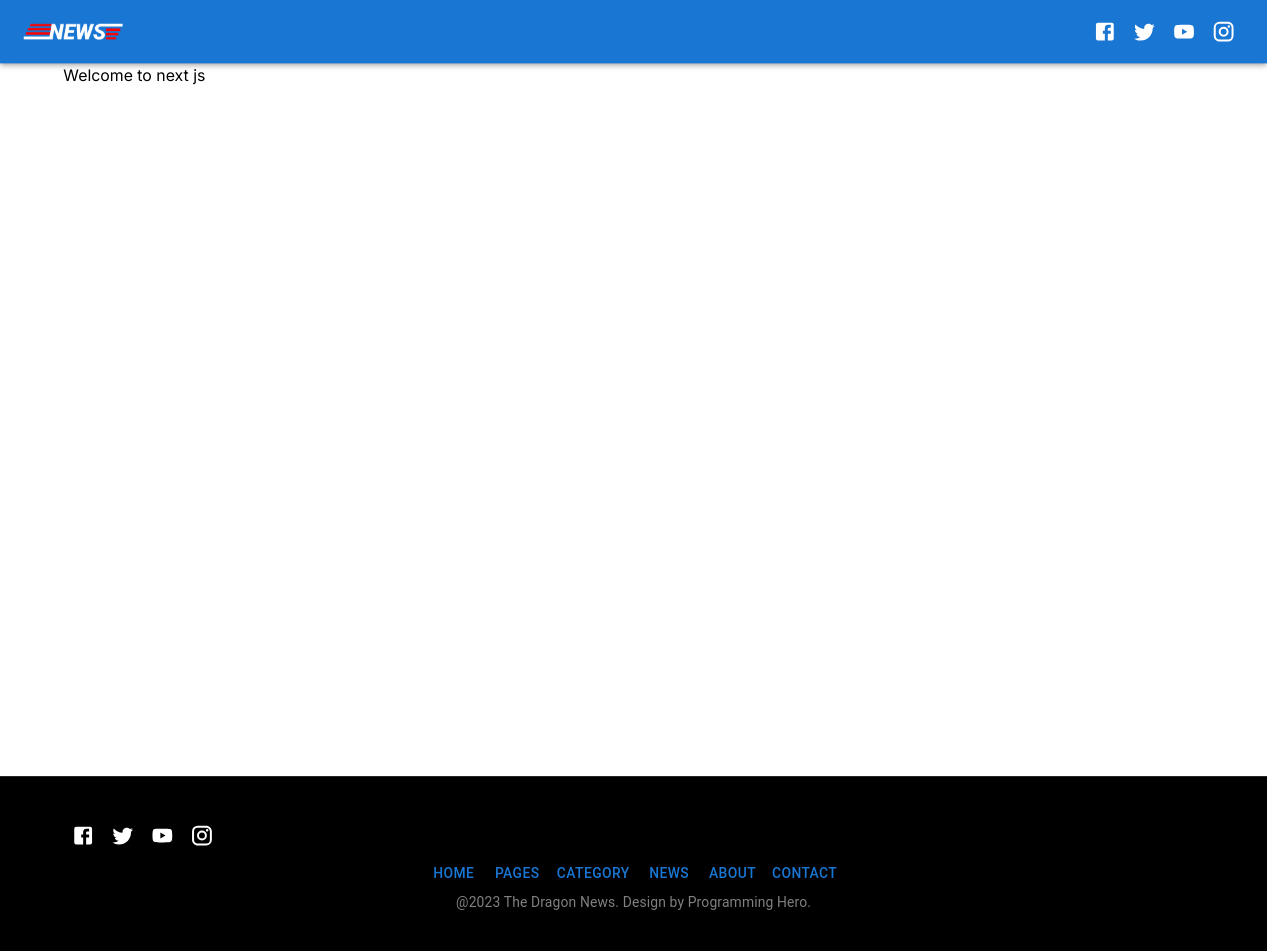
Repository: Wahid137/daily-news-nextjs
Page: /
The author's editor kept a copy of each file at every save. The page is drawn from the files as they stood at one save, then again after the next save.
The browser window is 1280 px wide. The pictures show the whole page, at 99% of full size.
The project was rebuilt for these pictures with package versions that can differ from the ones it lists, and the page was loaded fresh each time. The framework's server and built-in components were replaced by stand-ins that run in the browser. Also part of the build but not shown: next.config.mjs.

Above is the page before, as saved 2024-02-22 15:09:08.

After the next save:
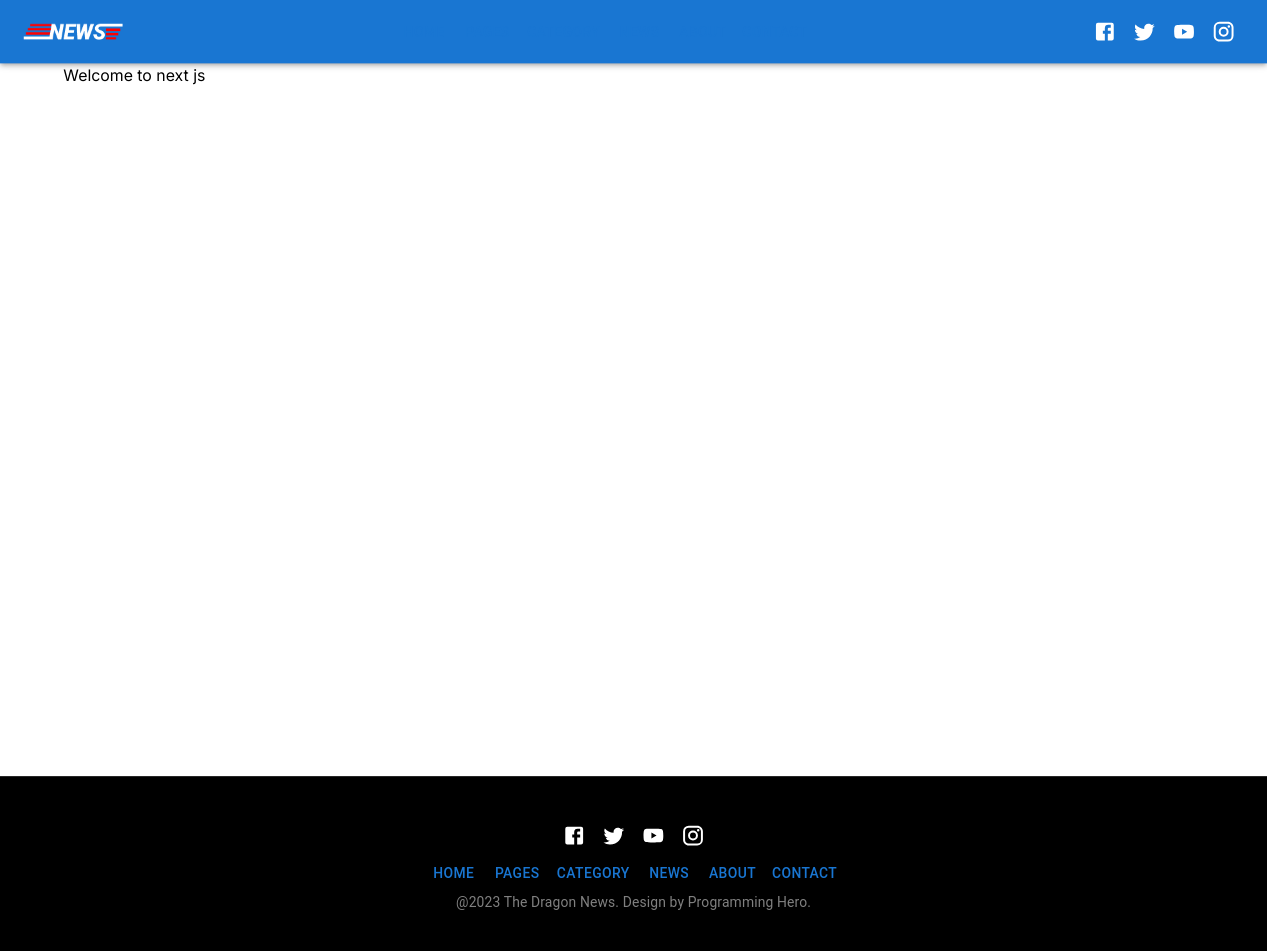
Saved 30 s later.
--- a/src/components/shared/Footer.js
+++ b/src/components/shared/Footer.js
@@ -35,11 +35,13 @@ const Footer = () => {
     return (
         <Box className="bg-black px-2 py-10">
             <Container>
-                <Box sx={{
-                    "& svg": {
-                        color: "white",
-                    },
-                }}>
+                <Box
+                    className="w-full text-center"
+                    sx={{
+                        "& svg": {
+                            color: "white",
+                        },
+                    }}>
 
                     <IconButton>
                         <Facebook />
